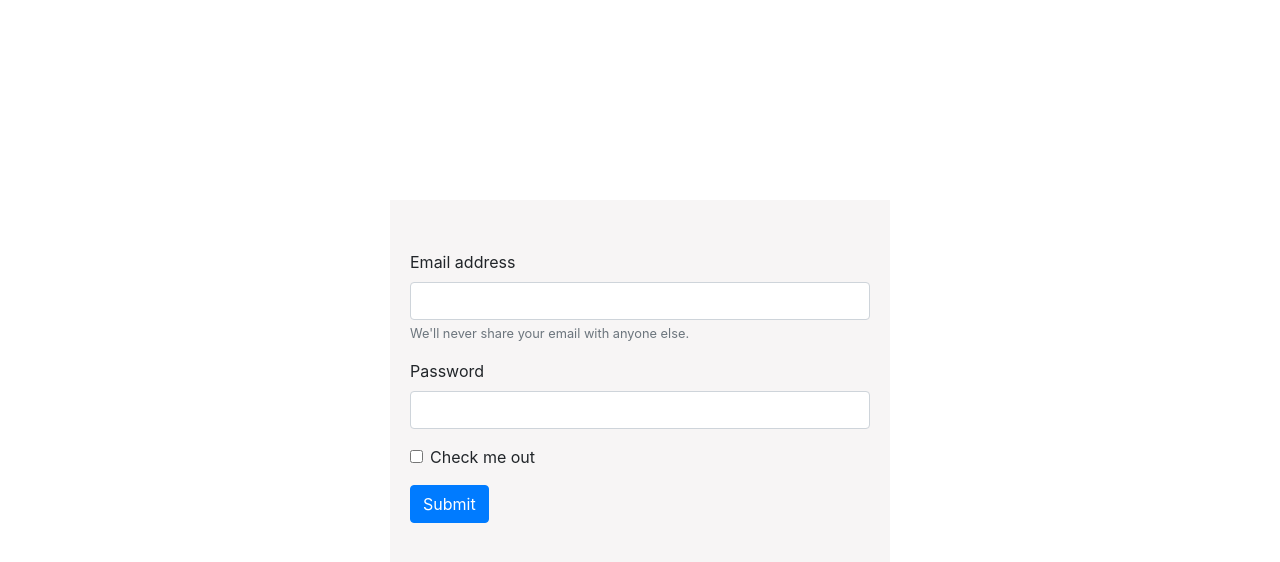
Repository: rnjsmj/homework
Page: http://localhost/homework/WEB-INF/views/member/login.jsp
These files come from the project's save history. The page is drawn as it stood at one moment and after the next save; the edit follows.
The browser window is 1280 px wide. The pictures show the whole page.
The page is served by Tomcat 9. Nobody is signed in. Other server files are loaded and not shown. The template is opened directly, without the code that normally fills it, so the values that code supplies are empty.

Above is the page before, as saved 2024-06-22 20:01:19.

### homework/src/main/webapp/WEB-INF/views/member/login.jsp
<%@ page language="java" contentType="text/html; charset=UTF-8"
    pageEncoding="UTF-8"%>
<%@ taglib prefix="c" uri="http://java.sun.com/jsp/jstl/core" %>
<%@ taglib prefix="fmt" uri="http://java.sun.com/jsp/jstl/fmt" %>
<!DOCTYPE html>
<html>
<head>
<meta charset="UTF-8">
<title>HOMEWORK</title>
	<script src="https://ajax.googleapis.com/ajax/libs/jquery/3.7.1/jquery.min.js"></script>
    <link rel="stylesheet" href="https://maxcdn.bootstrapcdn.com/bootstrap/4.5.2/css/bootstrap.min.css">
    <script src="https://maxcdn.bootstrapcdn.com/bootstrap/4.5.2/js/bootstrap.min.js"></script>
<style>
	div {box-sizing:border-box;}

	#content {
            width:80%;
            margin:auto;
            margin-top:200px;
        }

    #loginForm {
    	 background-color:rgb(247, 245, 245);
    	 width:500px;
    	 margin: auto;
    	 padding: 50px 20px;
    }

</style>
</head>
<body>
	<div id="content">
		<div id="loginForm">
			<form>
			  <div class="form-group">
			    <label for="exampleInputEmail1">Email address</label>
			    <input type="email" class="form-control" id="exampleInputEmail1" aria-describedby="emailHelp">
			    <small id="emailHelp" class="form-text text-muted">We'll never share your email with anyone else.</small>
			  </div>
			  <div class="form-group">
			    <label for="exampleInputPassword1">Password</label>
			    <input type="password" class="form-control" id="exampleInputPassword1">
			  </div>
			  <div class="form-group form-check">
			    <input type="checkbox" class="form-check-input" id="exampleCheck1">
			    <label class="form-check-label" for="exampleCheck1">Check me out</label>
			  </div>
			  <button type="submit" class="btn btn-primary">Submit</button>
			</form>
		</div>
	</div>
</body>
</html>

After the next save:
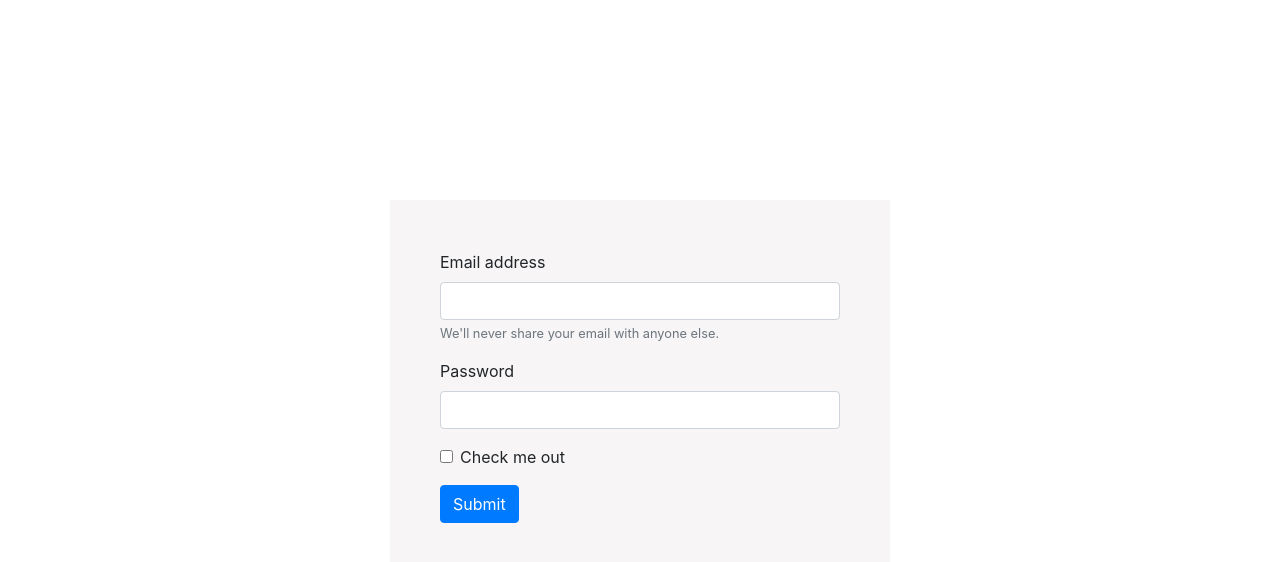
Saved 26 s later.
--- a/homework/src/main/webapp/WEB-INF/views/member/login.jsp
+++ b/homework/src/main/webapp/WEB-INF/views/member/login.jsp
@@ -23,7 +23,7 @@
     	 background-color:rgb(247, 245, 245);
     	 width:500px;
     	 margin: auto;
-    	 padding: 50px 20px;
+    	 padding: 50px;
     }
 
 </style>
